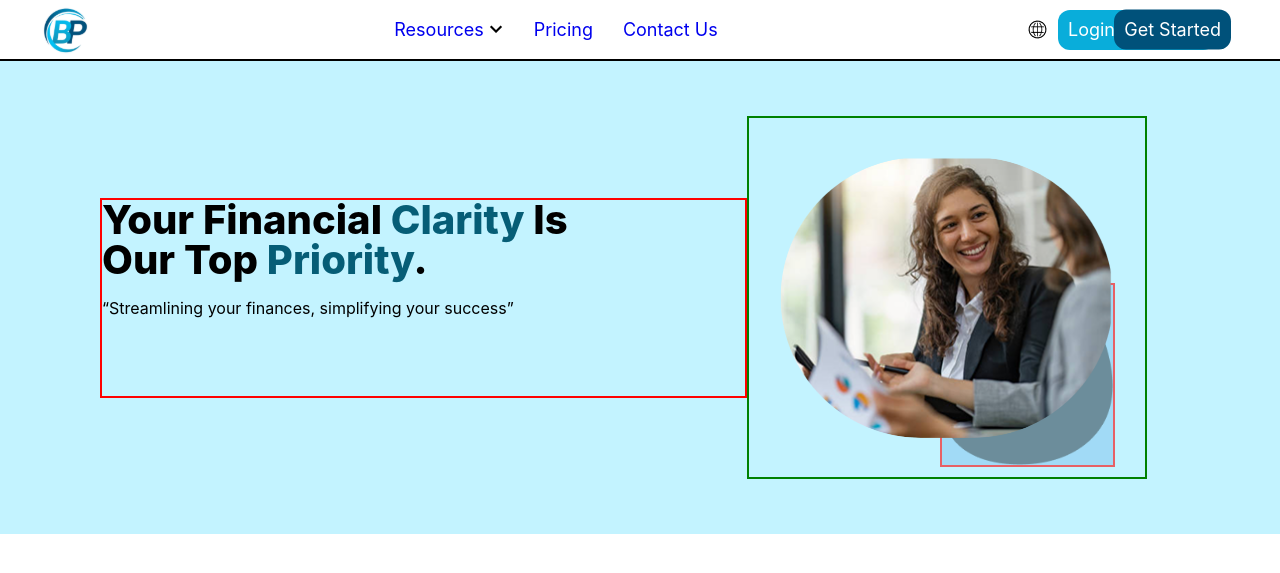
Repository: dark-txch/Bizpadi
Page: /
These files come from the project's save history. The page is drawn as it stood at one moment and after the next save; the edit follows.
The browser window is 1280 px wide. The pictures show the whole page.
The project was rebuilt for these pictures with package versions that can differ from the ones it lists, and the page was loaded fresh each time. Also part of the build but not shown: vite.config.js.

Above is the page before, as saved 2025-04-02 05:14:27.

After the next save:
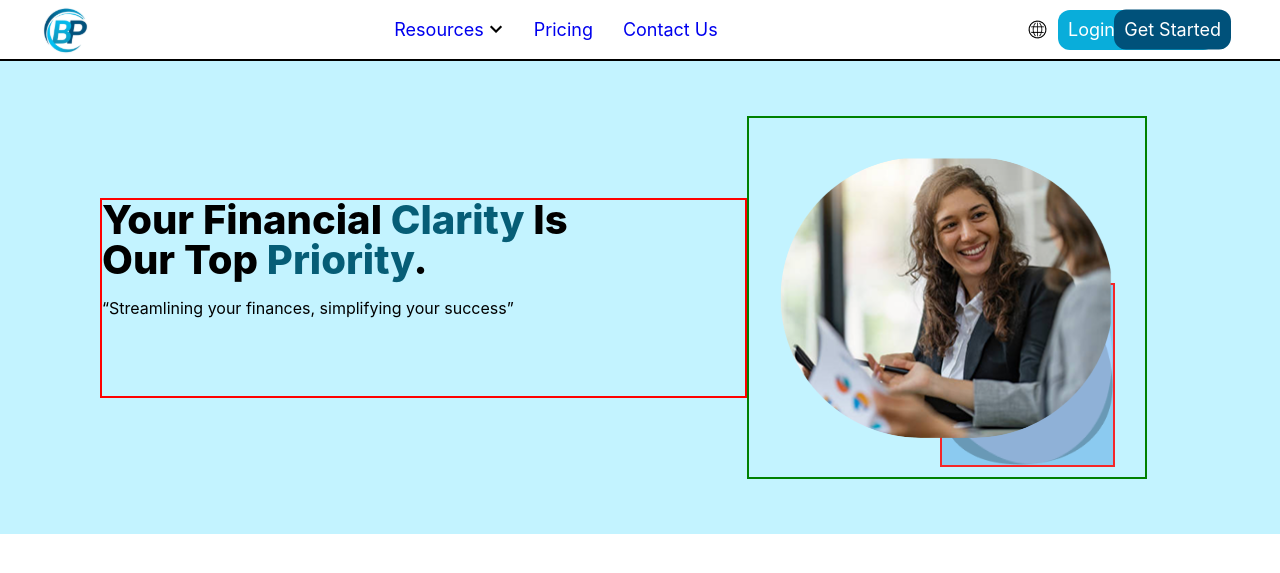
Saved 58 s later.
--- a/src/App.css
+++ b/src/App.css
@@ -160,4 +160,12 @@ nav.homepage-nav :nth-child(2) a > img {
 }
 
 .landingPageImages > img:nth-of-type(3) {
+	width: 175.07px;
+	height: 184.4px;
+	top: 165px;
+	right: 30px;
+	background-color: #65b0e799;
+	opacity: 0.6;
+
+	border: 2px solid red;
 }
